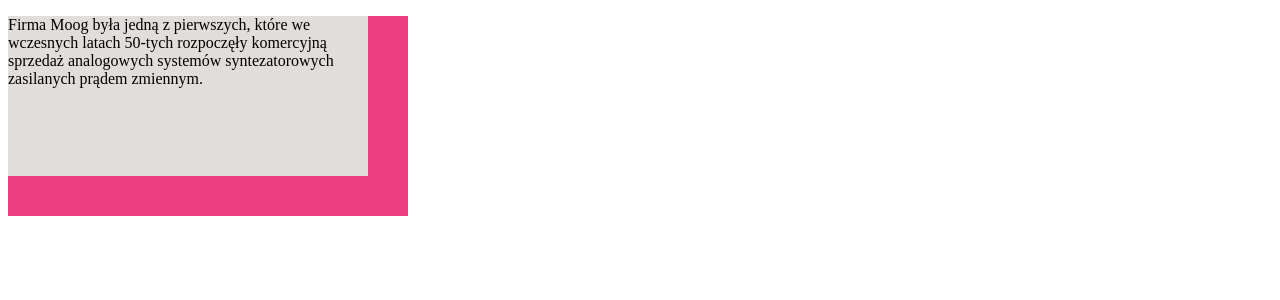
Repository: Lenerystia/HTML
Page: Rozdział 13/width-hight.html
The author's editor kept a copy of each file at every save. The page is drawn from the files as they stood at one save, then again after the next save.
The browser window is 1280 px wide. The pictures show the whole page.

Above is the page before, as saved 2022-02-14 10:28:36.

After the next save:
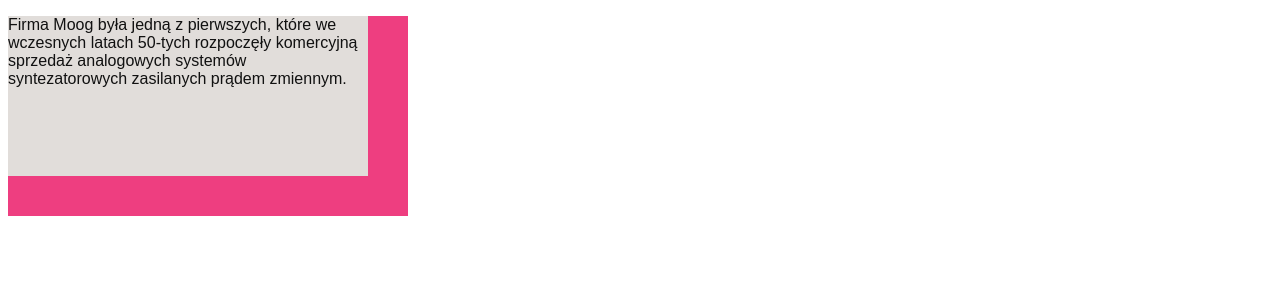
Saved 40 s later.
--- a/Rozdział 13/width-hight.html
+++ b/Rozdział 13/width-hight.html
@@ -3,6 +3,11 @@
     <meta charset="UTF-8">
     <title>Właściwości width oraz height</title>
     <style type="text/css">
+        body{
+
+            font-family: Arial, Verdana, sans-serif;
+            color:#111111;
+        }
         div{
             width: 400px;
             height: 200px;
